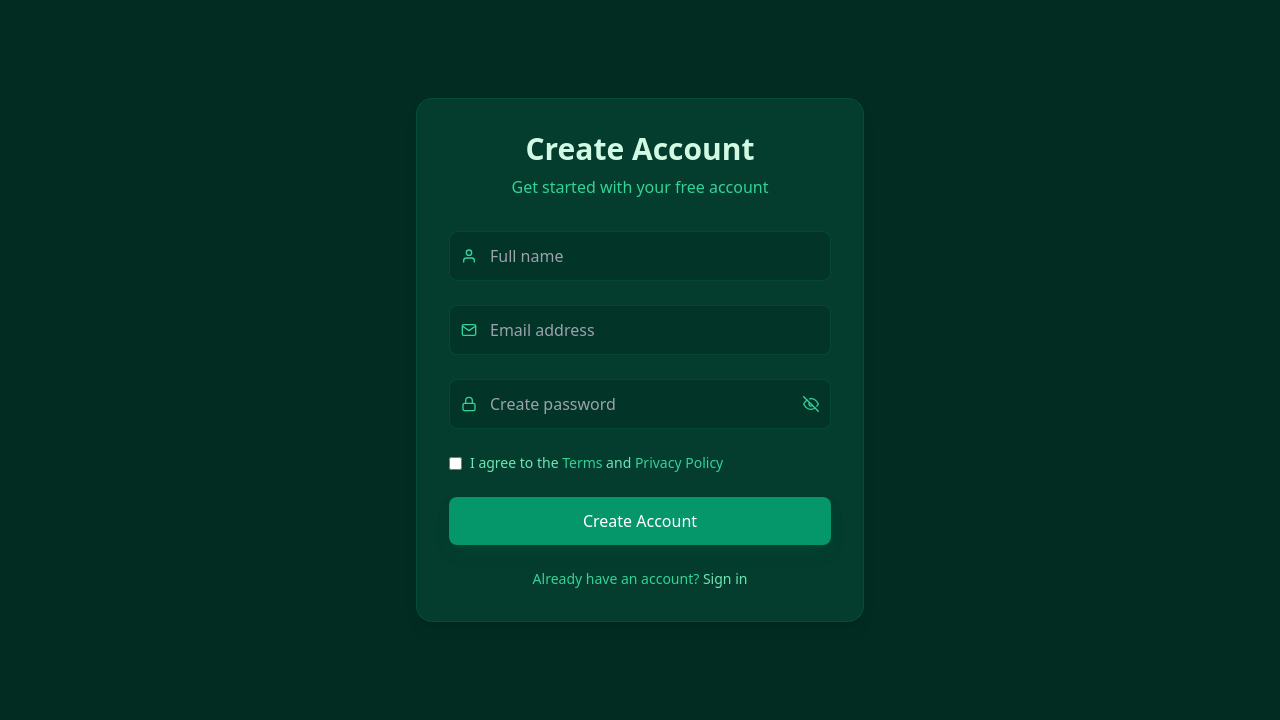
Repository: alizey12/DevLinker-Developer-Portfolio-Builder
Page: /signup
An editor plug-in stored every save of this project. The page is shown before and after a run of saves, followed by the edit.
The browser window is 1280 px wide. The pictures show the whole page.
The project was rebuilt for these pictures with package versions that can differ from the ones it lists, and the page was loaded fresh each time. Also part of the build but not shown: vite.config.js, src/Components/Sidebar.jsx, src/Components/Layout/DashboardLayout.jsx, src/Pages/Login.jsx, src/Pages/Portfolio.jsx, src/Pages/Page404.jsx, src/Pages/Dashboard/Profile.jsx, src/Pages/Dashboard/Skills.jsx and 3 more.

Above is the page before, as saved 2025-07-01 14:27:38.

### src/main.jsx
import { StrictMode } from 'react'

import { createRoot } from 'react-dom/client'
import './index.css'
import App from './App.jsx'
import { BrowserRouter } from 'react-router'

createRoot(document.getElementById('root')).render(
  <StrictMode>
  <BrowserRouter>
    <App />
    </BrowserRouter>
  </StrictMode>,
)

### src/App.jsx
import AppRoutes from "./Routes/AppRoutes";

function App() {
  return (
    <>
<AppRoutes />
    </>
  )
}

export default App

### src/Routes/AppRoutes.jsx
import React from 'react';
import { Routes, Route } from 'react-router';

import DashboardLayout from '../Components/Layout/DashboardLayout';
import Login from '../Pages/Login';
import Signup from '../Pages/Signup';
import Portfolio from '../Pages/Portfolio';
import Page404 from "../Pages/Page404";

import Profile from '../Pages/Dashboard/Profile';
import Skills from '../Pages/Dashboard/Skills';
import Projects from '../Pages/Dashboard/Project';
import Settings from '../Pages/Dashboard/Setting';
import Home from '../Pages/Home';

const AppRoutes = () => {
  return (
    <Routes>
      {/* Public Routes */}
      <Route path='/' element={<Home />} />
      <Route path='/login' element={<Login />} />
      <Route path='/signup' element={<Signup />} />
      <Route path='/portfolio/:username' element={<Portfolio />} />

      {/* Dashboard Routes */}
      <Route path='/dashboard' element={<DashboardLayout />}>
        <Route path="profile" element={<Profile />} />
        <Route path="skills" element={<Skills />} />
        <Route path="projects" element={<Projects />} />
        <Route path="settings" element={<Settings />} />
      </Route>

      {/* 404 Page */}
      <Route path='*' element={<Page404 />} />
    </Routes>
  );
};

export default AppRoutes;

### src/Pages/Signup.jsx
import React from 'react'
import { FiUser, FiMail, FiLock, FiEyeOff } from 'react-icons/fi';

const Signup = () => {
  return (
    <div>


    <div className="min-h-screen bg-emerald-950 flex items-center justify-center p-4">
      <div className="w-full max-w-md bg-emerald-900/50 backdrop-blur-sm rounded-2xl overflow-hidden shadow-lg border border-emerald-800/50">
        <div className="p-8">
          <div className="text-center mb-8">
            <h1 className="text-3xl font-bold text-emerald-100 mb-2">Create Account</h1>
            <p className="text-emerald-400">Get started with your free account</p>
          </div>

          <form className="space-y-6">
            {/* Name Input */}
            <div className="relative">
              <div className="absolute inset-y-0 left-0 pl-3 flex items-center pointer-events-none">
                <FiUser className="text-emerald-400" />
              </div>
              <input
                type="text"
                placeholder="Full name"
                className="w-full pl-10 pr-4 py-3 bg-emerald-950/50 border border-emerald-800/50 text-emerald-100 rounded-lg focus:ring-2 focus:ring-emerald-500 focus:border-transparent transition-all"
              />
            </div>

            {/* Email Input */}
            <div className="relative">
              <div className="absolute inset-y-0 left-0 pl-3 flex items-center pointer-events-none">
                <FiMail className="text-emerald-400" />
              </div>
              <input
                type="email"
                placeholder="Email address"
                className="w-full pl-10 pr-4 py-3 bg-emerald-950/50 border border-emerald-800/50 text-emerald-100 rounded-lg focus:ring-2 focus:ring-emerald-500 focus:border-transparent transition-all"
              />
            </div>

            {/* Password Input */}
            <div className="relative">
              <div className="absolute inset-y-0 left-0 pl-3 flex items-center pointer-events-none">
                <FiLock className="text-emerald-400" />
              </div>
              <input
                type="password"
                placeholder="Create password"
                className="w-full pl-10 pr-12 py-3 bg-emerald-950/50 border border-emerald-800/50 text-emerald-100 rounded-lg focus:ring-2 focus:ring-emerald-500 focus:border-transparent transition-all"
              />
              <div className="absolute inset-y-0 right-0 pr-3 flex items-center">
                <FiEyeOff className="text-emerald-400" />
              </div>
            </div>


            {/* Terms Checkbox */}
            <label className="flex items-start">
              <input
                type="checkbox"
                className="mt-1 rounded-sm bg-emerald-950/50 border-emerald-700 text-emerald-500 focus:ring-emerald-600"
              />
              <span className="ml-2 text-sm text-emerald-300">
                I agree to the <a href="#" className="text-emerald-400 hover:underline">Terms</a> and <a href="#" className="text-emerald-400 hover:underline">Privacy Policy</a>
              </span>
            </label>

            {/* Sign Up Button */}
            <button
              type="submit"
              className="w-full py-3 px-4 bg-emerald-600 hover:bg-emerald-500 text-white font-medium rounded-lg transition-all shadow-lg shadow-emerald-900/30"
            >
              Create Account
            </button>

            {/* Login Link */}
            <div className="text-center text-sm text-emerald-400">
              Already have an account?{' '}
              <a href="/login" className="font-medium text-emerald-300 hover:text-emerald-200">
                Sign in
              </a>
            </div>
          </form>
        </div>
      </div>
    </div>
    </div>
  )
}

export default Signup

Loaded but not shown: index.html (common file); src/index.css (common file); tailwind.config.js (common file)

After the next 5 saves:
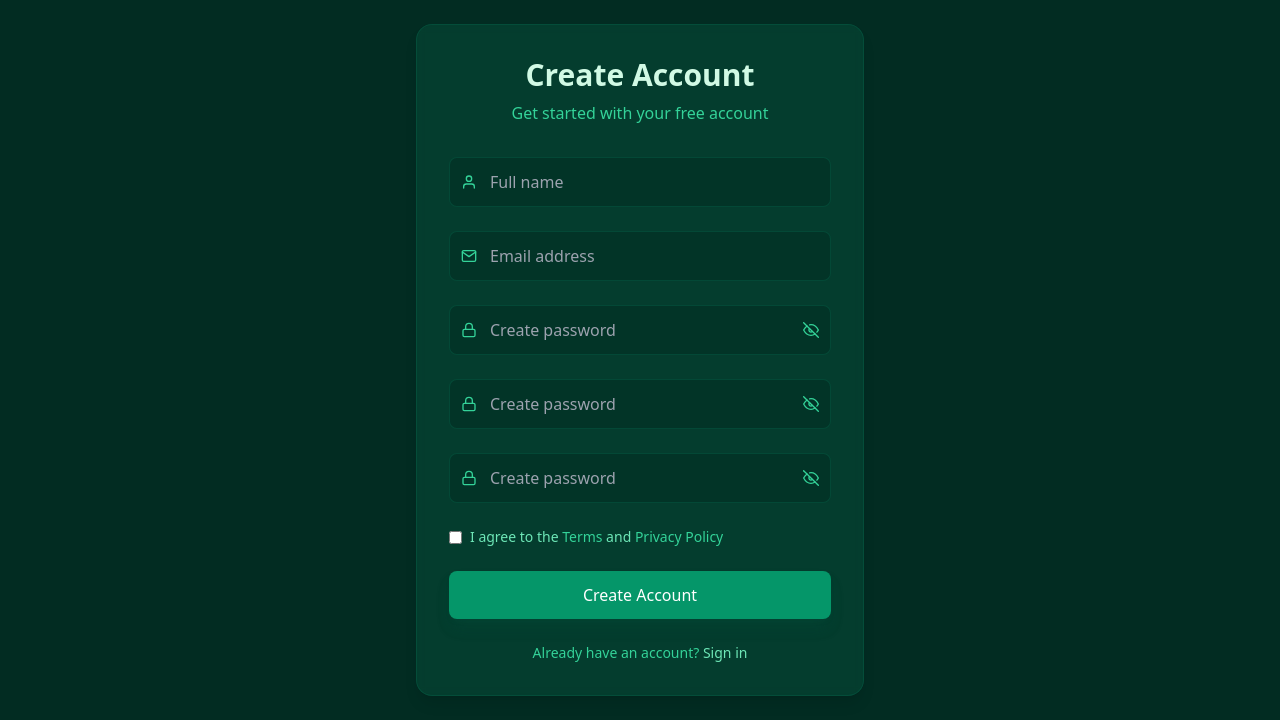
The 5 saves are shown as one change because they came seconds apart.
The last was saved 38 s later.
--- a/src/Pages/Signup.jsx
+++ b/src/Pages/Signup.jsx
@@ -53,6 +53,34 @@
                 <FiEyeOff className="text-emerald-400" />
               </div>
             </div>
+             {/* Password Input */}
+             <div className="relative">
+              <div className="absolute inset-y-0 left-0 pl-3 flex items-center pointer-events-none">
+                <FiLock className="text-emerald-400" />
+              </div>
+              <input
+                type="password"
+                placeholder="Create password"
+                className="w-full pl-10 pr-12 py-3 bg-emerald-950/50 border border-emerald-800/50 text-emerald-100 rounded-lg focus:ring-2 focus:ring-emerald-500 focus:border-transparent transition-all"
+              />
+              <div className="absolute inset-y-0 right-0 pr-3 flex items-center">
+                <FiEyeOff className="text-emerald-400" />
+              </div>
+            </div>
+             {/* location Input */}
+             <div className="relative">
+              <div className="absolute inset-y-0 left-0 pl-3 flex items-center pointer-events-none">
+                <FiLock className="text-emerald-400" />
+              </div>
+              <input
+                type="password"
+                placeholder="Create password"
+                className="w-full pl-10 pr-12 py-3 bg-emerald-950/50 border border-emerald-800/50 text-emerald-100 rounded-lg focus:ring-2 focus:ring-emerald-500 focus:border-transparent transition-all"
+              />
+              <div className="absolute inset-y-0 right-0 pr-3 flex items-center">
+                <FiEyeOff className="text-emerald-400" />
+              </div>
+            </div>
 
 
             {/* Terms Checkbox */}
